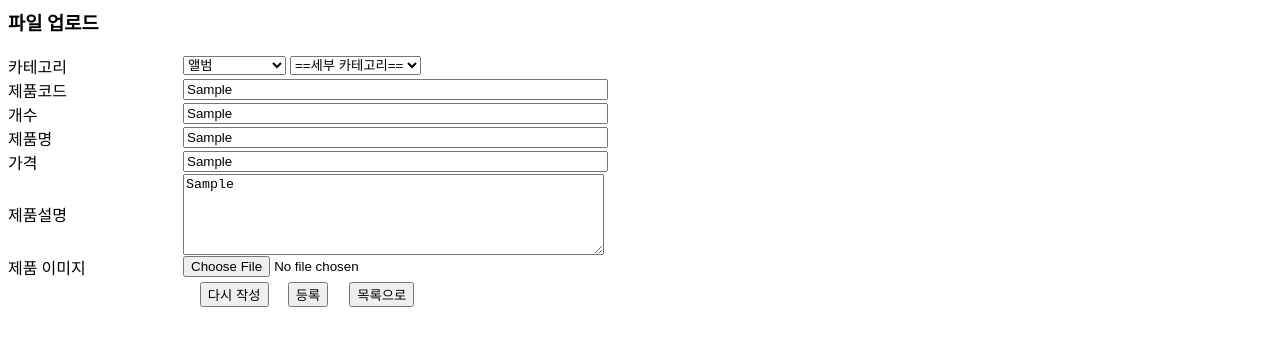
Repository: sjeong12/Photos
Page: http://localhost/LSJ_PHOTO/admin/addProduct.jsp
An editor plug-in stored every save of this project. The page is shown before and after the next save, followed by the edit.
The browser window is 1280 px wide. The pictures show the whole page.
Empty fields were first filled with sample values (such as "Sample", 5 or name@example.com).
After loading, the first visible `#category` was changed once.
The page is served by Tomcat 9.

Above is the page before, as saved 2016-12-07 03:47:23.
Console error: TypeError: Cannot read properties of null (reading 'options')

After the next save:
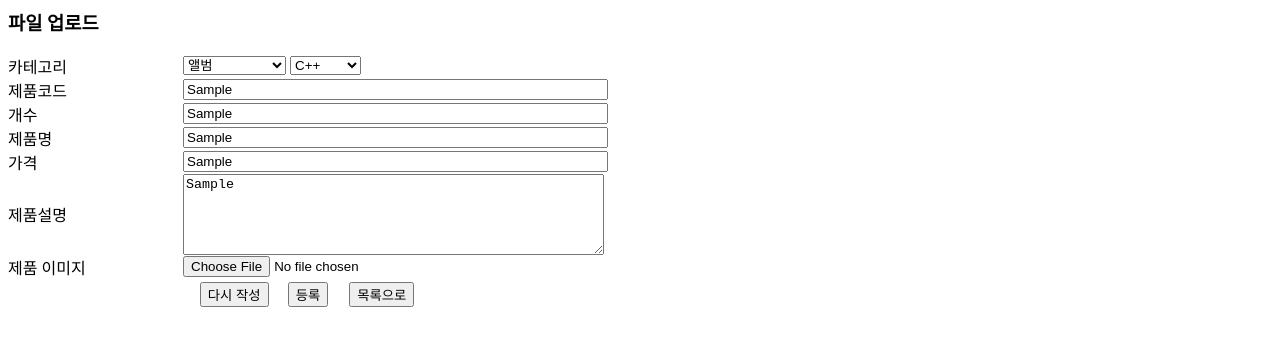
The error is gone.
Saved 6 min 11 s later.
--- a/LSJ_PHOTO/WebContent/admin/addProduct.jsp
+++ b/LSJ_PHOTO/WebContent/admin/addProduct.jsp
@@ -71,37 +71,30 @@ function valid_check()
 
 
 function doChange(srcE, targetId){
-    var val = srcE.options[srcE.selectedIndex].value;
+    var val = srcE.value;
     var targetE = document.getElementById(targetId);
-    alert(val);
-    removeAll(targetE);
-    if(val == '1'){
-    	addOption(['1', ddd], targetE);
-        addOption(['2', bbb], targetE);
+    var url;
+    targetE.length = 0;
+    switch (val) {
+      case "1" :
+        addOption(['C++', '/index1.jsp'], targetE);
+        addOption(['Java', '/index2.jsp'], targetE);
+        addOption(['Scheme', '/index3.jsp'], targetE);
+      break;
+
+      case "2" :
+        addOption(['Visual Studio', '/index4.jsp'], targetE);
+        addOption(['Netbeans', '/index5.jsp'], targetE);
+        addOption(['Eclipse', '/index6.jsp'], targetE);
+      break;
     }
-    else if(val == '2'){
-        addOption('3', targetE);
-        addOption('4', targetE);
-    }
-    else if(val == '3'){
-        addOption('5', targetE);
-        addOption('6', targetE);
-        addOption('7', targetE);
-    }
+
 }
-function addOption(value, e){
-    var o = new Option(value);
-    try{
-        e.add(o);
-    }catch(ee){
-        e.add(o, null);
-    }
+
+function addOption(text, obj) {
+  obj.options[obj.length] = new Option(text[0] ,text[1]);
 }
-function removeAll(e){
-    for(var i = 0, limit = e.options.length; i < limit - 1; ++i){
-        e.remove(1);
-    }
-}
+
 
 
 function submit_list()
@@ -117,7 +110,7 @@ function submit_list()
 <TABLE WIDTH = "600" BORDER = "0" CellPadding = "0" CellSpacing = "0">
 	<TR><TD WIDTH = "40%" ALIGN = "left">카테고리</TD>
         <TD WIDTH = "60%" ALIGN = "left">
-        <SELECT NAME="category" id="category" onchange="doChange(this, 'selTwo')">
+        <SELECT NAME="category" id="category" onchange="doChange(this, 'sub_category')">
         <OPTION VALUE="">==카테고리==</OPTION>
         <OPTION VALUE="1">앨범</OPTION>
         <OPTION VALUE="2">액자</OPTION>
